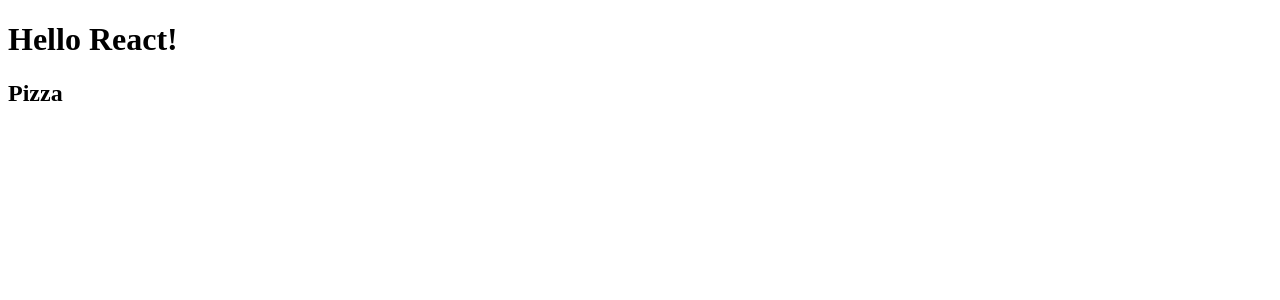
Repository: Alphosmart/03_pizza-menu
Page: /
These files come from the project's save history. The page is drawn as it stood at one moment and after a run of saves; the edit follows.
The browser window is 1280 px wide. The pictures show the whole page.
The project was rebuilt for these pictures with package versions that can differ from the ones it lists, and the page was loaded fresh each time.

Above is the page before, as saved 2024-05-26 16:27:30.

After the next 2 saves:
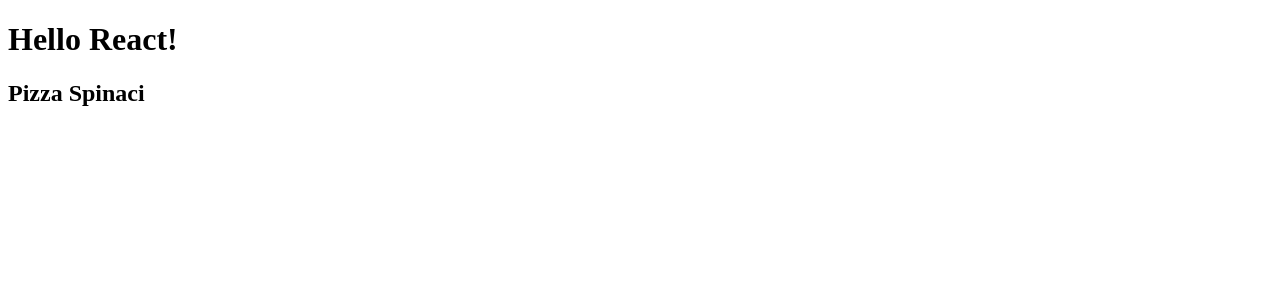
The 2 saves are shown as one change because 1 did not build or start.
The last was saved 107 s later.
--- a/src/index.js
+++ b/src/index.js
@@ -56,7 +56,7 @@ function App() {
 }
 
 function Pizza() {
-  return <h2>Pizza</h2>;
+  return <h2>Pizza Spinaci</h2>;
 }
 
 // React v18
